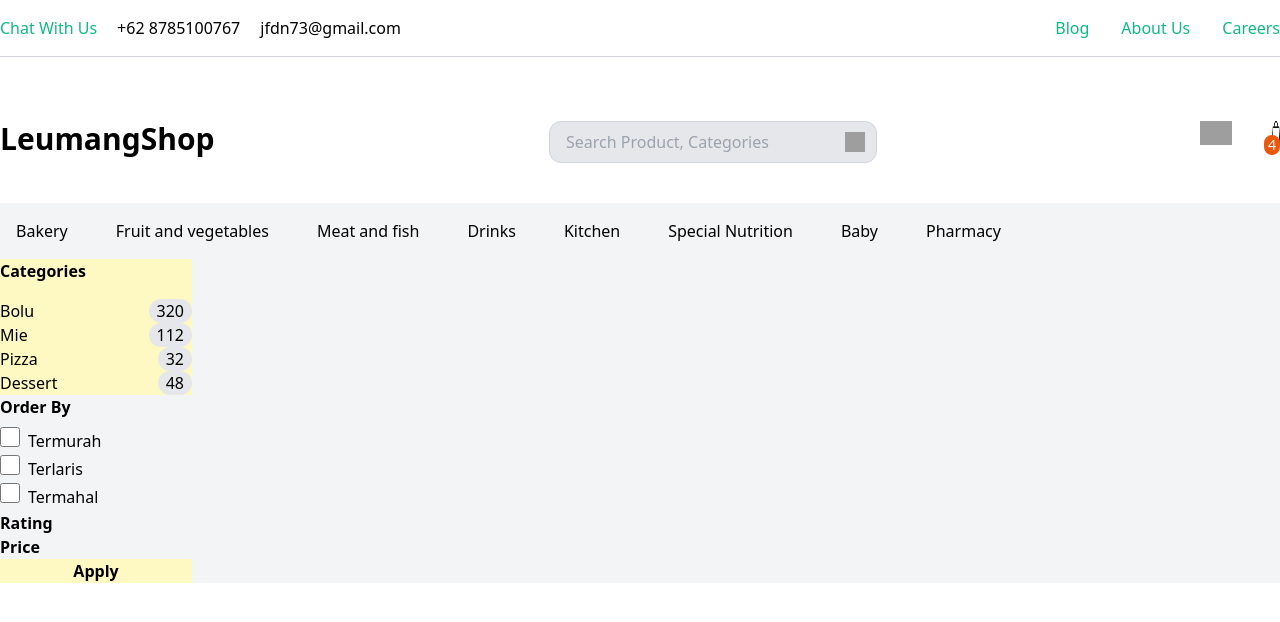
Repository: jafetdn73/ecommerce-tailwind
Page: /
The author's editor kept a copy of each file at every save. The page is drawn from the files as they stood at one save, then again after the next save.
The browser window is 1280 px wide. The pictures show the whole page.
Pictures or frames that could not be fetched are drawn as grey boxes. The project was rebuilt for these pictures with package versions that can differ from the ones it lists, and the page was loaded fresh each time. Also part of the build but not shown: src/App.css.

Above is the page before, as saved 2022-03-13 13:04:53.

After the next save:
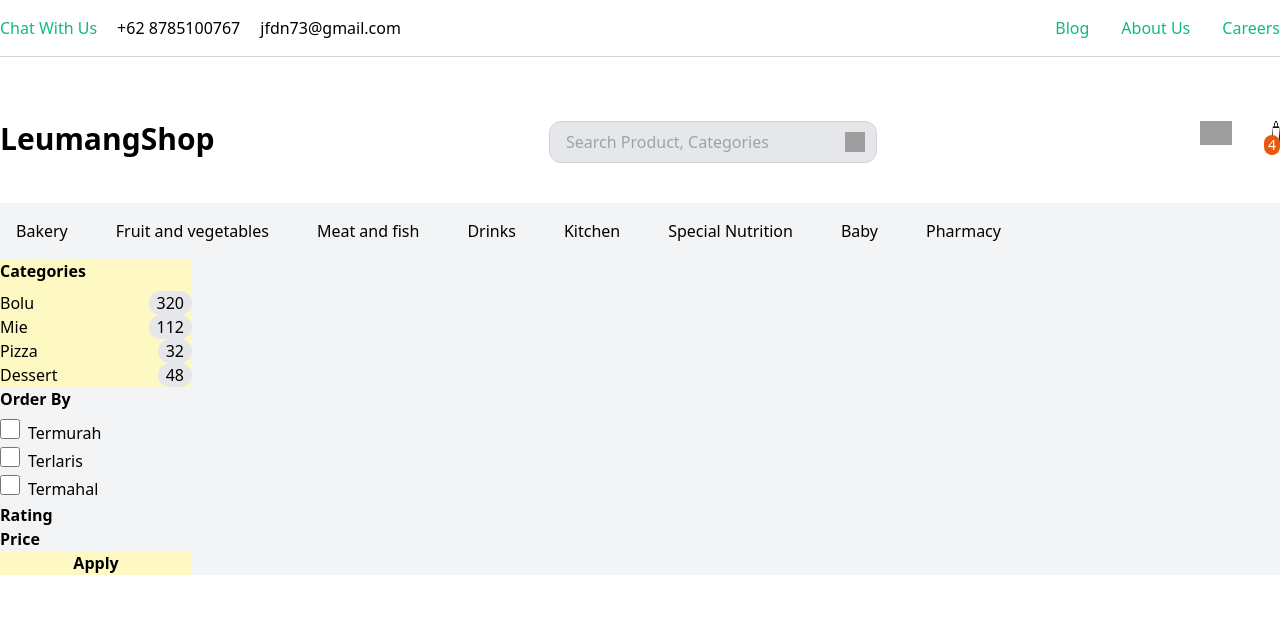
Saved 10 s later.
--- a/src/App.js
+++ b/src/App.js
@@ -56,7 +56,7 @@ function App() {
       <div className="bg-gray-100">
         <div className="flex flex-col w-48 bg-yellow-100" >
           <div className="flex flex-col">
-            <h1 className="font-bold text-base mb-4">Categories</h1>
+            <h1 className="font-bold text-base mb-2">Categories</h1>
             <ul>
               <div className="flex justify-between">
                 <li>Bolu</li><label className="bg-gray-200 pl-2 pr-2 rounded-xl">320</label>
